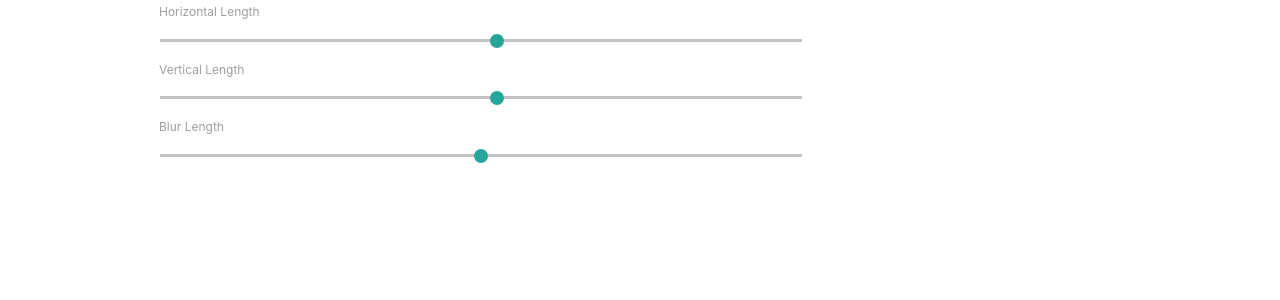
Repository: imrvj/Box-Shadow
Page: /
An editor plug-in stored every save of this project. The page is shown before and after the next save, followed by the edit.
The browser window is 1280 px wide. The pictures show the whole page.
The project was rebuilt for these pictures with package versions that can differ from the ones it lists, and the page was loaded fresh each time.

Above is the page before, as saved 2020-02-19 23:18:51.

### public/index.html
<!DOCTYPE html>
<html lang="en">
  <head>
    <meta charset="utf-8" />
    <link rel="icon" href="%PUBLIC_URL%/favicon.ico" />
    <meta name="viewport" content="width=device-width, initial-scale=1" />
    <meta name="theme-color" content="#000000" />
    <meta
      name="description"
      content="Web site created using create-react-app"
    />
    <link rel="apple-touch-icon" href="%PUBLIC_URL%/logo192.png" />
    <!--
      manifest.json provides metadata used when your web app is installed on a
      user's mobile device or desktop. See https://developers.google.com/web/fundamentals/web-app-manifest/
    -->
    <link rel="manifest" href="%PUBLIC_URL%/manifest.json" />
    <!--
      Notice the use of %PUBLIC_URL% in the tags above.
      It will be replaced with the URL of the `public` folder during the build.
      Only files inside the `public` folder can be referenced from the HTML.

      Unlike "/favicon.ico" or "favicon.ico", "%PUBLIC_URL%/favicon.ico" will
      work correctly both with client-side routing and a non-root public URL.
      Learn how to configure a non-root public URL by running `npm run build`.
    -->
    <!-- Compiled and minified CSS -->
    <link rel="stylesheet" href="https://cdnjs.cloudflare.com/ajax/libs/materialize/1.0.0/css/materialize.min.css">

    <title>React App</title>
  </head>
  <body>
    <noscript>You need to enable JavaScript to run this app.</noscript>
    <div id="root"></div>
    <!--
      This HTML file is a template.
      If you open it directly in the browser, you will see an empty page.

      You can add webfonts, meta tags, or analytics to this file.
      The build step will place the bundled scripts into the <body> tag.

      To begin the development, run `npm start` or `yarn start`.
      To create a production bundle, use `npm run build` or `yarn build`.
    -->
       <!-- Compiled and minified JavaScript -->
       <script src="https://cdnjs.cloudflare.com/ajax/libs/materialize/1.0.0/js/materialize.min.js"></script>

  </body>
</html>

### src/App.js
import React, { useState } from 'react';

import './App.css';

function App() {
  const [Hori, setHori] = useState(10)
  const [Veri, setVeri] = useState(10)
  const [Blur, setBlur] = useState(0)
  return (
    <div className="App">

      <div className="controls">
      <label>Horizontal Length</label>
      <input type="range"  min="-200" max="200" value={Hori} onChange={(e)=>setHori(e.target.value)}/>
      <label>Vertical Length</label>
      <input type="range"  min="-200" max="200" value={Veri} onChange={(e)=>setVeri(e.target.value)}/>
      <label>Blur Length</label>
      <input type="range"  min="-200" max="200" value={Blur} onChange={(e)=>setBlur(e.target.value)}/>



      </div>
      <div className="output"></div>
    </div>
  );
}

export default App;

### src/App.css
.App
{
    display: flex;
    justify-content: space-around;
}

Loaded but not shown: src/index.js (common file); src/index.css (common file); src/serviceWorker.js (common file)

After the next save:
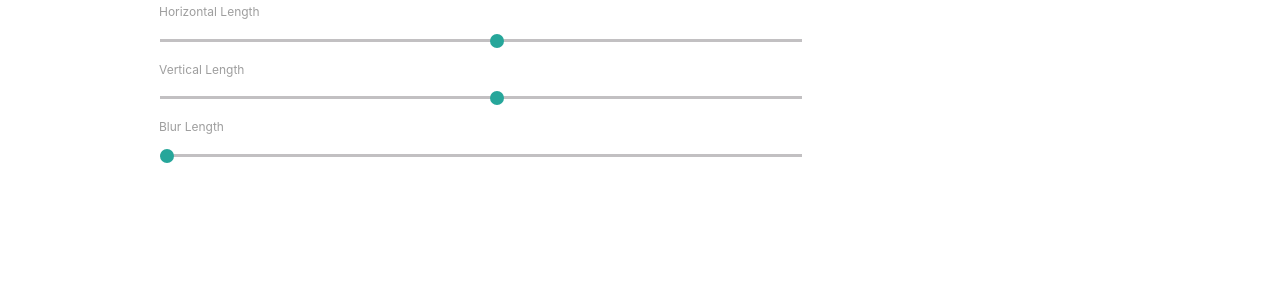
Saved 30 s later.
--- a/src/App.js
+++ b/src/App.js
@@ -15,7 +15,7 @@ function App() {
       <label>Vertical Length</label>
       <input type="range"  min="-200" max="200" value={Veri} onChange={(e)=>setVeri(e.target.value)}/>
       <label>Blur Length</label>
-      <input type="range"  min="-200" max="200" value={Blur} onChange={(e)=>setBlur(e.target.value)}/>
+      <input type="range"  min="0" max="200" value={Blur} onChange={(e)=>setBlur(e.target.value)}/>
 
 
 
